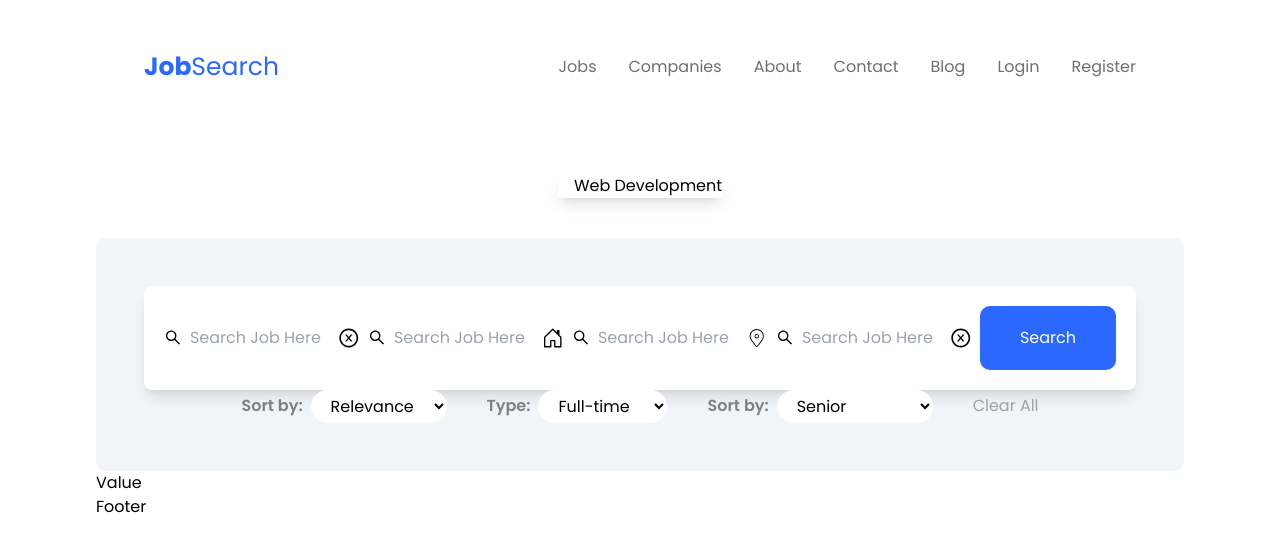
Repository: countaustin1990/Job-Search-website
Page: / (app in vite-project/)
The author's editor kept a copy of each file at every save. The page is drawn from the files as they stood at one save, then again after the next save.
The browser window is 1280 px wide. The pictures show the whole page.
The project was rebuilt for these pictures with package versions that can differ from the ones it lists, and the page was loaded fresh each time. Also part of the build but not shown: vite-project/vite.config.js.

Above is the page before, as saved 2023-08-12 18:31:16.

### vite-project/index.html
<!doctype html>
<html lang="en">
  <head>
    <meta charset="UTF-8" />
    <link rel="icon" type="image/svg+xml" href="/vite.svg" />
    <meta name="viewport" content="width=device-width, initial-scale=1.0" />
    <title>Vite + React</title>
  </head>
  <body>
    <div id="root"></div>
    <script type="module" src="/src/main.jsx"></script>
  </body>
</html>

### vite-project/src/App.jsx
import NavBar from './components/NavBar'
import Job from './components/Job'
import Value from './components/Value'
import Search from './components/Search'
import Footer from './components/Footer'

const App = () => {
  return(
    <div className='w-[85%] m-auto bg-white'>
      <NavBar/>
      <Job/>
      <Search/>
      <Value/>
      <Footer/>
    </div>
  )
}



export default App

### vite-project/src/index.css
@import url("https://fonts.googleapis.com/css2?family=Poppins:wght@200;300;400;500;600;700;800;900&display=swap");

@tailwind base;
@tailwind components;
@tailwind utilities;

:root{
  font-family: 'Poppins', sans-serif;
}

body{
  background: white;
}

li{
  list-style: none;
  cursor: pointer;
  position: relative;
}

li:hover::before{
  position: absolute;
  content: '';
  height: 4px;
  width: 100%;
  background: #2a68ff;
  right: 0;
  bottom: -10px;
  color: #2a68ff;
}

.icon{
  cursor: pointer;
}

.card{
  background: #000;
}

### vite-project/src/components/NavBar.jsx


const NavBar = () => {
    return(
        <div className='navBar flex justify-between items-center p-[3rem]'>
            <div className="logoDiv">
                <h1 className='logo text-[25px] text-blueColor'>
                    <strong>Job</strong>Search
                </h1>
            </div>

            <div className="menu flex gap-8">
                <li className="menuList text-[#6f6f6f] hover:text-blueColor">Jobs</li>
                <li className="menuList text-[#6f6f6f] hover:text-blueColor">Companies</li>
                <li className="menuList text-[#6f6f6f] hover:text-blueColor">About</li>
                <li className="menuList text-[#6f6f6f] hover:text-blueColor">Contact</li>
                <li className="menuList text-[#6f6f6f] hover:text-blueColor">Blog</li>
                <li className="menuList text-[#6f6f6f] hover:text-blueColor">Login</li>
                <li className="menuList text-[#6f6f6f] hover:text-blueColor">Register</li>
            </div>

        </div>
    )
}

export default NavBar

### vite-project/src/components/Job.jsx


 const Job = () => {
    return(
        <div>

            <div className='jobContainer flex gap-10 justify-center flex-wrap items-center py-10'>

                <div className='group group/items singleJob w-[20] bg-white rounded[10px] hover:bg-blueColor shadow-lg shadow-greyIsh-400/700 hover:shadow-lg'>
                    <span className='flex justify-between items-center gap-4'>
                        <h1 className='text-[16px] font-semibold text-textColor group-hover:text-white'/>Web Development
                    </span>
                </div>
            </div>
        </div>
    )
 }

 export default Job

### vite-project/src/components/Value.jsx


const Value = () => {
    return(
        <div>Value</div>
    )
}

export default Value

### vite-project/src/components/Search.jsx
import { AiOutlineCloseCircle, AiOutlineSearch,  } from 'react-icons/ai'
import { BsHouseDoor } from 'react-icons/bs'
import { CiLocationOn } from 'react-icons/ci'


const Search = () => {
    return(
        <div className='SearchDiv grid gp-10 bg-greyIsh rounded-[10px] p-[3rem]'>
            <form action=''>
                <div className='firstDiv flex justified-between items-center rounded-[8px] gap-[10px] bg-white p-5 shadow-lg shadow-greyIsh-700'>
                    <div className='flex gap-2 items-center'>
                       <div className="flex gap-2 items-center">
                            <AiOutlineSearch className='text-[25px] icon'/>
                                <input type="text" className='bg-transparent text-blue-500 focus:outline-none w-[100%]' placeholder='Search Job Here'/>
                                    <AiOutlineCloseCircle className='text-[30px] text-[#a5a6a6 hover:text-textColor icon'/>
                        </div>


                       <div className="flex gap-2 items-center">
                            <AiOutlineSearch className='text-[25px] icon'/>
                                <input type="text" className='bg-transparent text-blue-500 focus:outline-none w-[100%]' placeholder='Search Job Here'/>
                                    <BsHouseDoor className='text-[30px] text-[#a5a6a6 hover:text-textColor icon'/>
                        </div>

                        <div className="flex gap-2 items-center">
                            <AiOutlineSearch className='text-[25px] icon'/>
                                <input type="text" className='bg-transparent text-blue-500 focus:outline-none w-[100%]' placeholder='Search Job Here'/>
                                    <CiLocationOn className='text-[30px] text-[#a5a6a6 hover:text-textColor icon'/>
                        </div>

                        <div className="flex gap-2 items-center">
                            <AiOutlineSearch className='text-[25px] icon'/>
                                <input type="text" className='bg-transparent text-blue-500 focus:outline-none w-[100%]' placeholder='Search Job Here'/>
                                    <AiOutlineCloseCircle className='text-[30px] text-[#a5a6a6 hover:text-textColor icon'/>
                        </div>

                        <button className='bg-blueColor h-full p-5 px-10 rounded-[10px] text-white cursor-pointer hover:bg-blue-300'>
                            Search
                        </button>
                    </div>
                </div>
            </form>

            <div className='secDiv flex items-center gap-10 justify-center'>
                <div className='singleSearch flex items-center gap-2'>
                    <label htmlFor='relevance' className='text-[#808080] font-semibold'>
                        Sort by:
                    </label>

                    <select name='' id='relevance' className='bg-white rounded-[34px] px-4 py-1'>
                        <option value=''>Relevance</option>
                        <option value=''>Inclusive</option>
                        <option value=''>Start with</option>
                        <option value=''>Contains</option>
                    </select>
                </div>

                <div className='singleSearch flex items-center gap-2'>
                    <label htmlFor='type' className='text-[#808080] font-semibold'>
                        Type:
                    </label>

                    <select name='' id='type' className='bg-white rounded-[34px] px-4 py-1'>
                        <option value=''>Full-time</option>
                        <option value=''>Remote</option>
                        <option value=''>Contract</option>
                        <option value=''>Part-time</option>
                    </select>
                </div>

                <div className='singleSearch flex items-center gap-2'>
                    <label htmlFor='level' className='text-[#808080] font-semibold'>
                        Sort by:
                    </label>

                    <select name='' id='level' className='bg-white rounded-[34px] px-4 py-1'>
                        <option value=''>Senior</option>
                        <option value=''>Intermediate</option>
                        <option value=''>Beginner</option>
                        <option value=''>Advocate</option>
                    </select>
                </div>

                <span className='text-[#a1a1a1] cursor-pointer'>
                    Clear All
                </span>

            </div>
        </div>
    )
}

export default Search

### vite-project/src/components/Footer.jsx


const Footer = () => {
    return(
        <div>Footer</div>
    )
}

export default Footer

### vite-project/tailwind.config.js
/** @type {import('tailwind').Config} */
export default {
  content: [
    "./index.html",
    "./src/**/*.{js,jsx}",
  ],
  theme: {
    extend: {
      colors: {
      'blueColor': '#2a68ff',
      'greyIsh': '#f1f4f8',
      'cardShadow': '#f7f8f9',
      'textColor': '#252b36',
      }
    },
  },
  plugins: [],
}

Loaded but not shown: vite-project/src/main.jsx (common file)

After the next save:
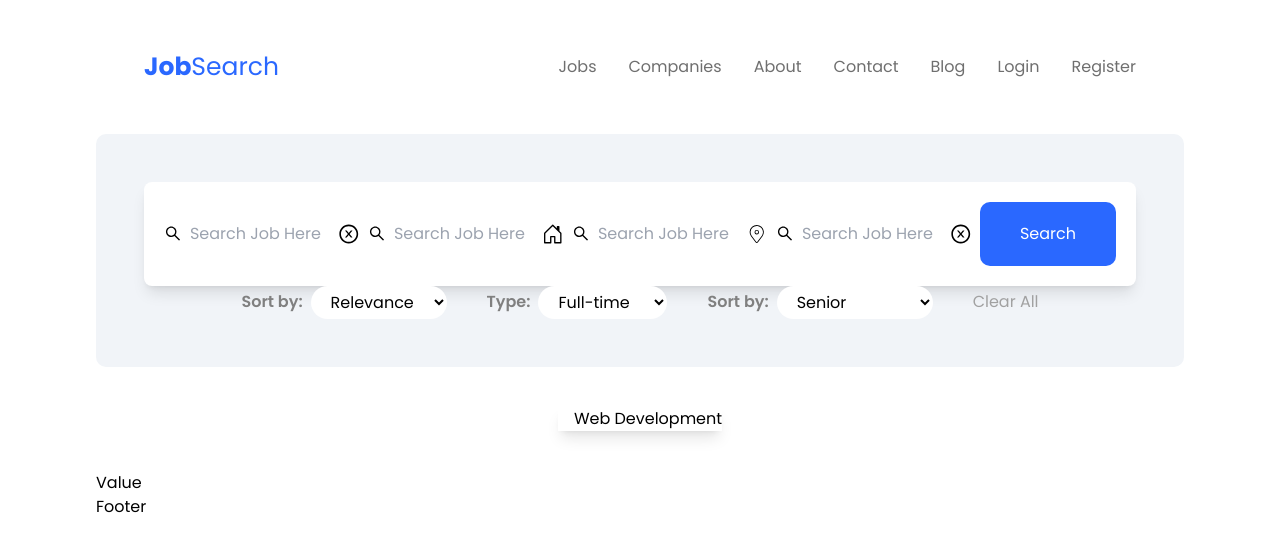
Saved 2 min 46 s later.
--- a/vite-project/src/App.jsx
+++ b/vite-project/src/App.jsx
@@ -8,8 +8,8 @@ const App = () => {
   return(
     <div className='w-[85%] m-auto bg-white'>
       <NavBar/>
+      <Search/>
       <Job/>
-      <Search/>
       <Value/>
       <Footer/>
     </div>
